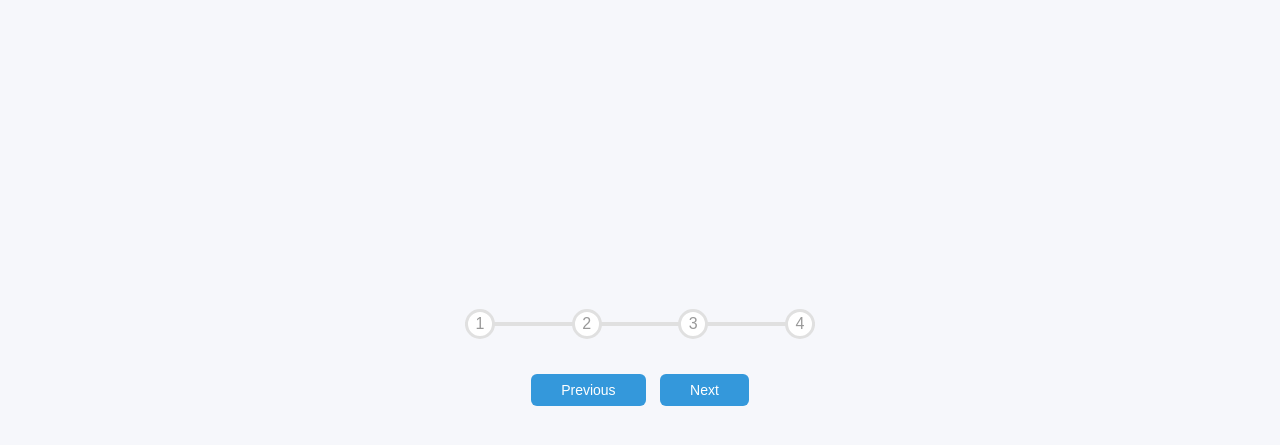
Repository: huynhvanngoan/50projectsin50days
Page: Day2/HTML/index.html
These files come from the project's save history. The page is drawn as it stood at one moment and after a run of saves; the edit follows.
The browser window is 1280 px wide. The pictures show the whole page.
Some web fonts or font styles are not loaded; a fallback is used.

Above is the page before, as saved 2022-11-04 22:53:11.

After the next 7 saves:
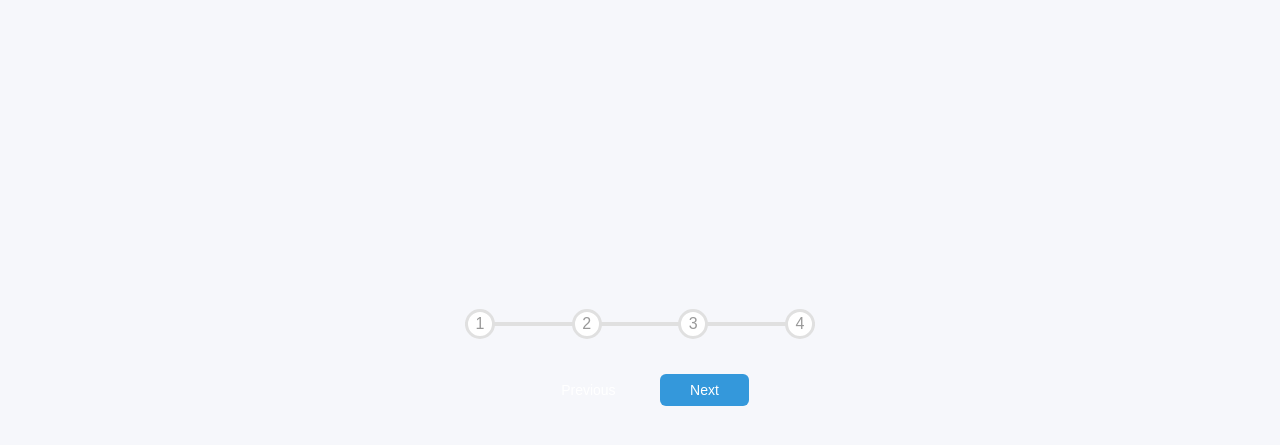
The 7 saves are shown as one change because they came seconds apart.
The last was saved 18 s later.
--- a/Day2/CSS/style.css
+++ b/Day2/CSS/style.css
@@ -89,5 +89,5 @@
 }
 
 .btn:disabled{
-    bgc
+    background-color: var(--line-);
 }
